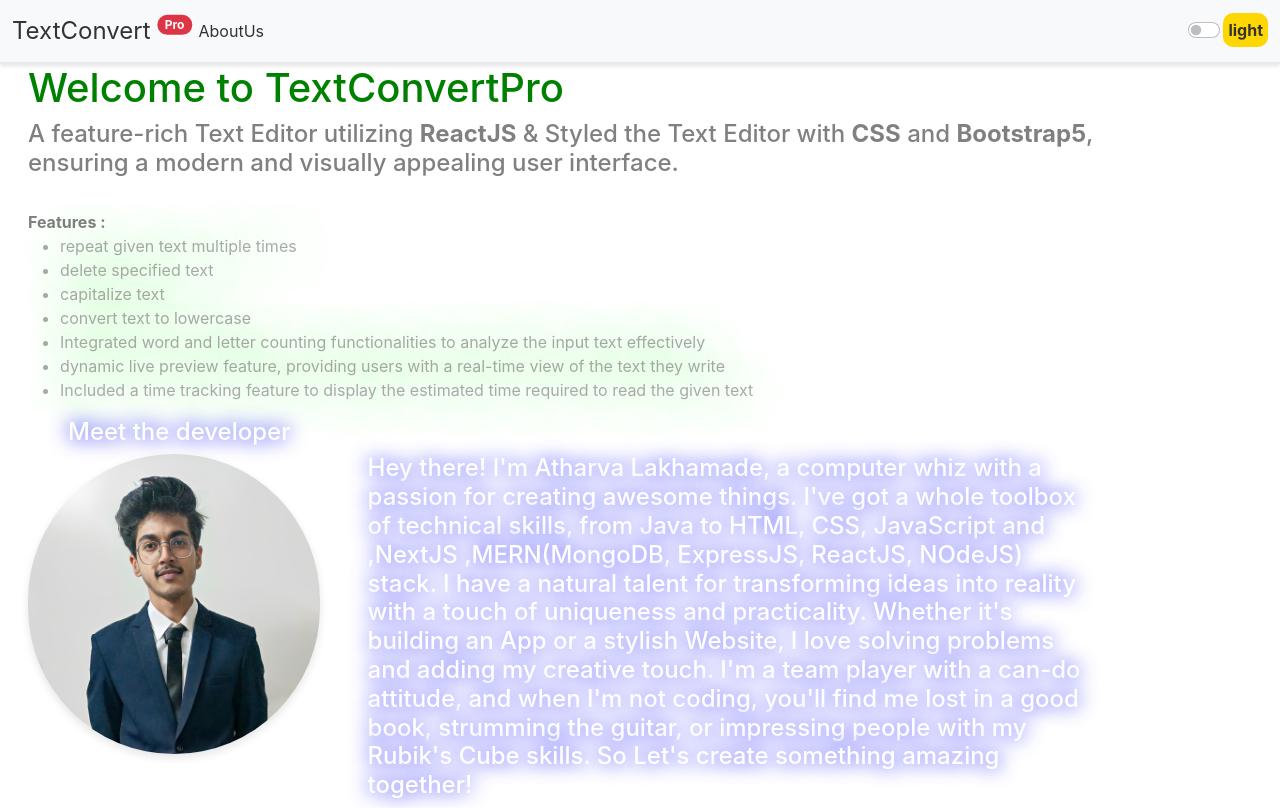
Repository: atha2810/TextConvertPro
Page: /about
An editor plug-in stored every save of this project. The page is shown before and after a run of saves, followed by the edit.
The browser window is 1280 px wide. The pictures show the whole page.
The project was rebuilt for these pictures with package versions that can differ from the ones it lists, and the page was loaded fresh each time. Also part of the build but not shown: src/css/TextForm.css, src/TextForm.js.

Above is the page before, as saved 2024-07-25 19:42:47.

After the next 2 saves:
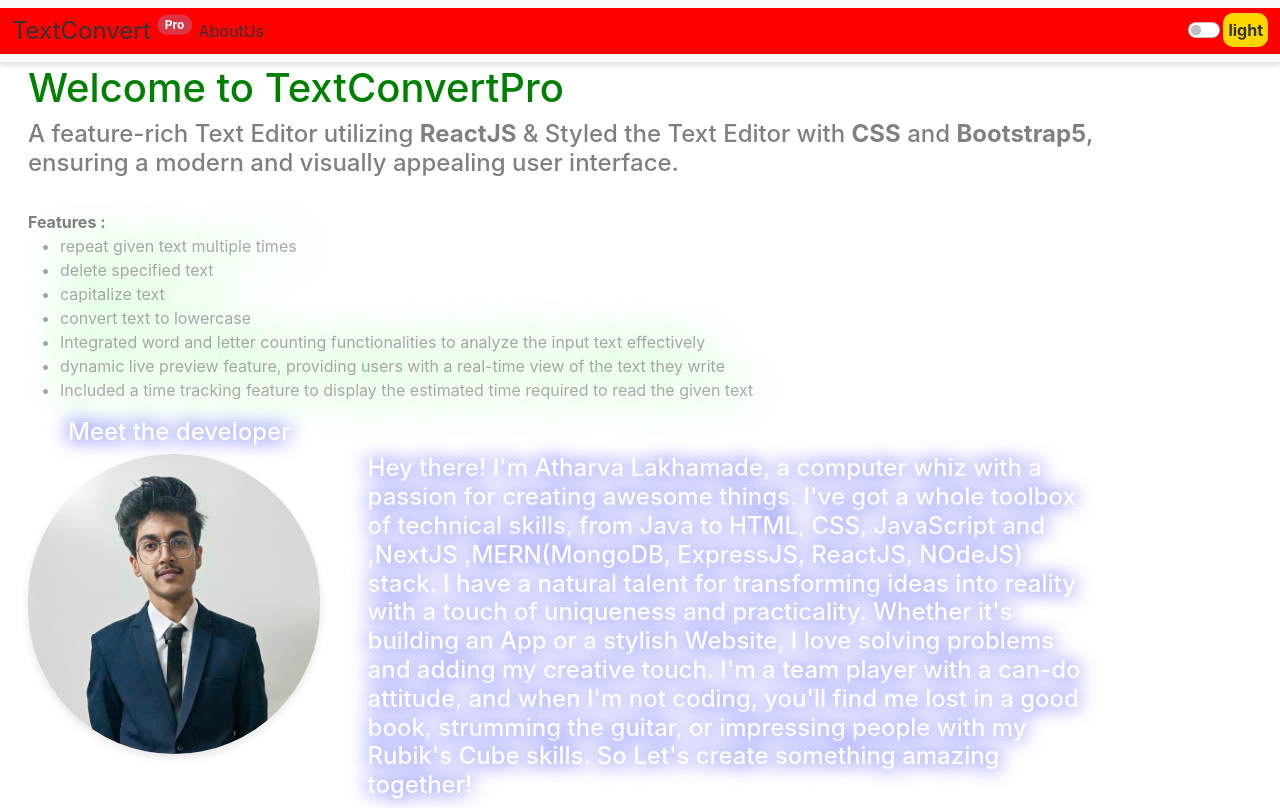
The 2 saves are shown as one change because they came seconds apart.
The last was saved 17 s later.
--- a/src/components/Navbar.js
+++ b/src/components/Navbar.js
@@ -4,9 +4,9 @@
 export default function Navbar(props) {
   return (
     <nav
-      className={`navbar navbar-expand-lg navbar-${props.mode} bg-${props.mode}`} style={{ backgroundColor:"red"}}
+      className={`navbar navbar-expand-lg navbar-${props.mode} bg-${props.mode}`}
     >
-      <div className="container-fluid">
+      <div className="container-fluid" style={{ backgroundColor:"red"}}>
         <Link className="navbar-brand" to="/TextConvertPro">
           {props.logo}
           <button className="btn position-relative">

After the save that followed:
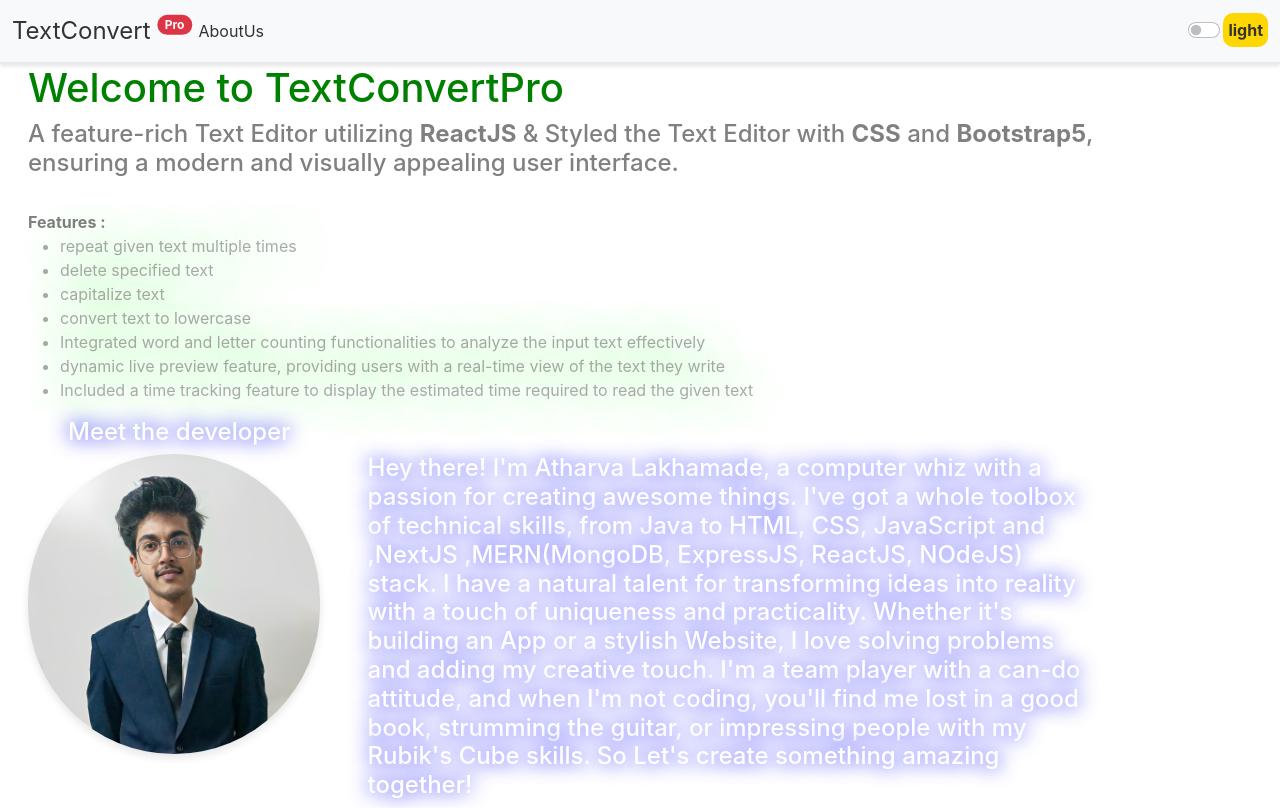
Saved 8 s later.
--- a/src/components/Navbar.js
+++ b/src/components/Navbar.js
@@ -6,7 +6,7 @@
     <nav
       className={`navbar navbar-expand-lg navbar-${props.mode} bg-${props.mode}`}
     >
-      <div className="container-fluid" style={{ backgroundColor:"red"}}>
+      <div className="container-fluid" style={{ backgroundColor:""}}>
         <Link className="navbar-brand" to="/TextConvertPro">
           {props.logo}
           <button className="btn position-relative">
